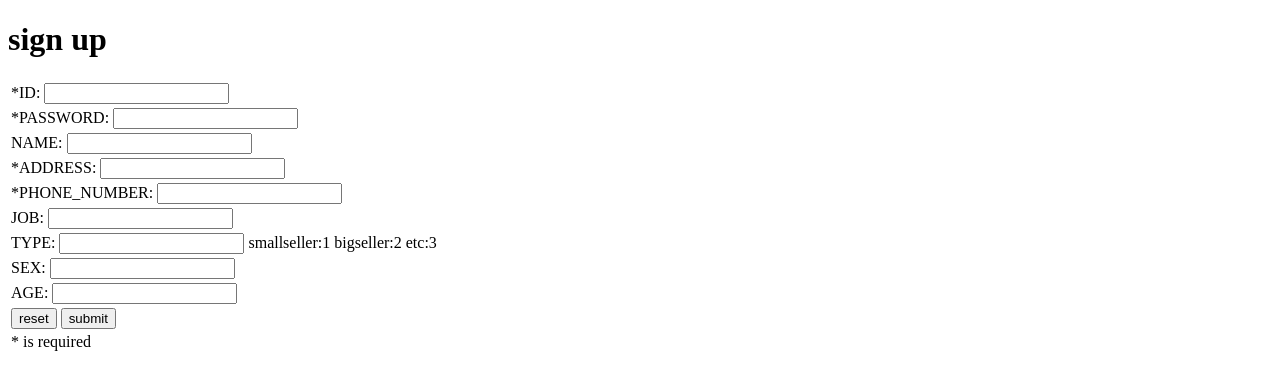
Repository: MIR013/KNU_DB_Project_Team5
Page: dbphase/Databaase/WebContent/Sign_up.html
These files come from the project's save history. The page is drawn as it stood at one moment and after a run of saves; the edit follows.
The browser window is 1280 px wide. The pictures show the whole page.

Above is the page before, as saved 2018-11-12 11:49:29.

After the next 2 saves:
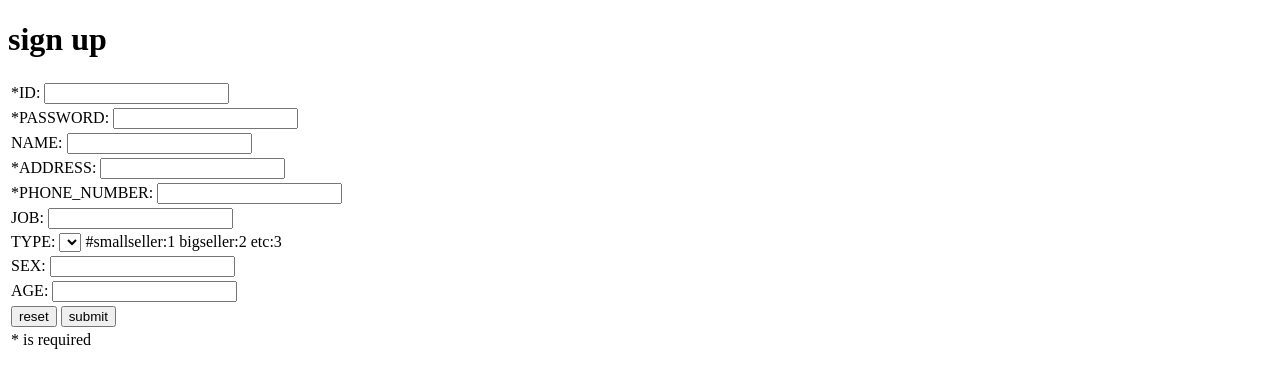
The 2 saves are shown as one change because they came seconds apart.
The last was saved 3 min 27 s later.
--- a/dbphase/Databaase/WebContent/Sign_up.html
+++ b/dbphase/Databaase/WebContent/Sign_up.html
@@ -27,7 +27,7 @@
 				<td>JOB: <input type="text" name="signUpJOB"/></td>
 			</tr>
 			<tr>
-				<td>TYPE: <input type="text" name="signUpTYPE"/> smallseller:1 bigseller:2 etc:3</td>
+				<td>TYPE: <select name="signUpTYPE> <option value="1"></option></select> #smallseller:1 bigseller:2 etc:3 </td>
 			</tr>
 			<tr>
 				<td>SEX: <input type="text" name="signUpSEX"/></td>
